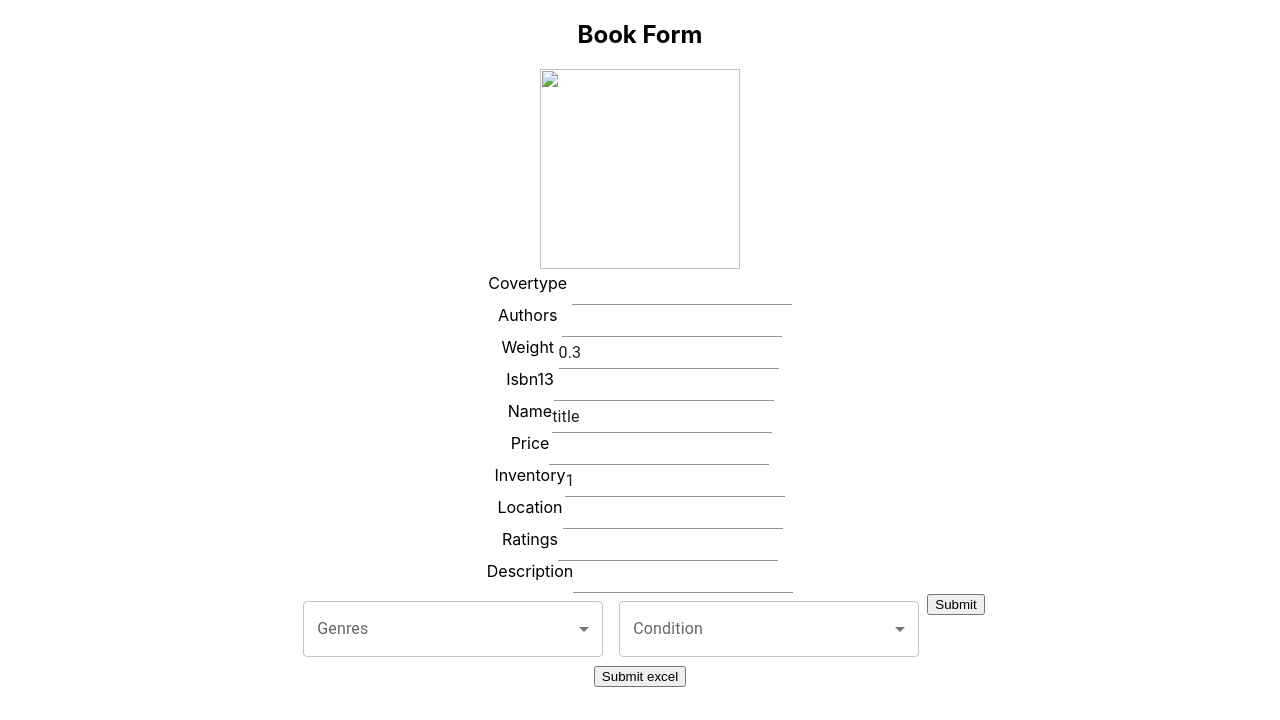
Repository: rishhabh-jain/isbndb
Page: /
The author's editor kept a copy of each file at every save. The page is drawn from the files as they stood at one save, then again after the next save.
The browser window is 1280 px wide. The pictures show the whole page.
The project was rebuilt for these pictures with package versions that can differ from the ones it lists, and the page was loaded fresh each time.

Above is the page before, as saved 2022-02-10 12:28:18.

After the next save:
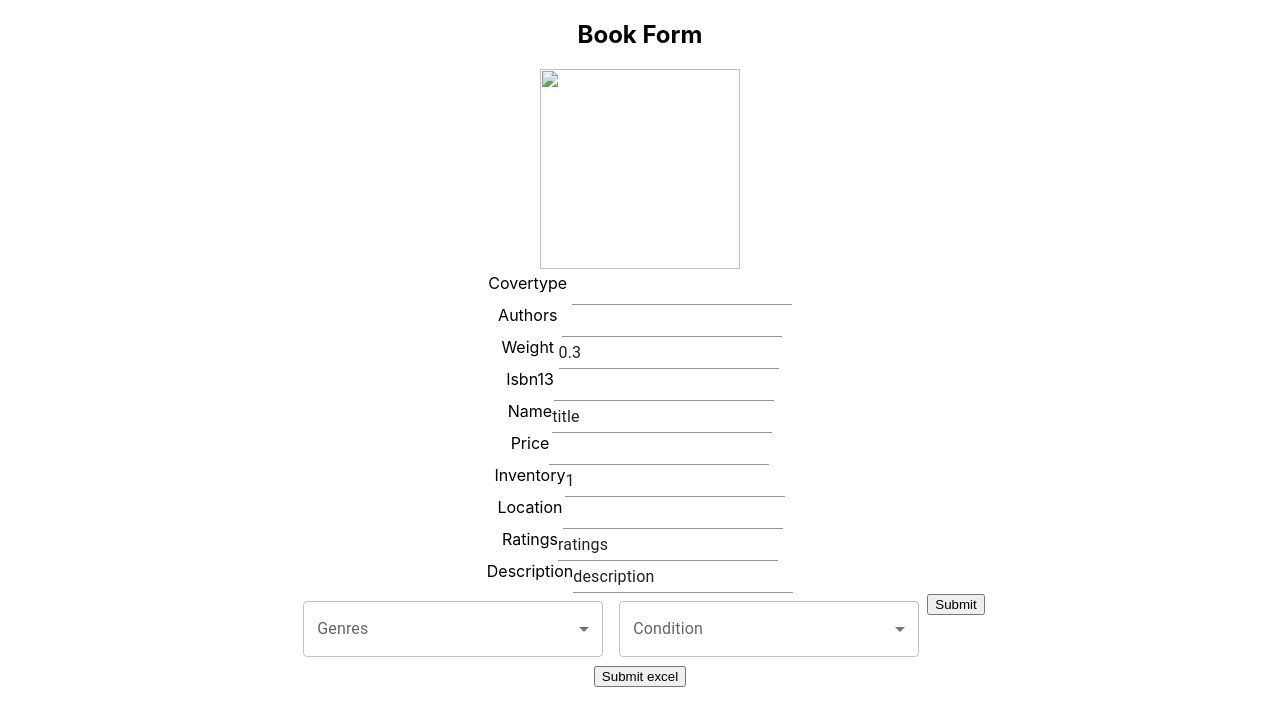
Saved 11 min 26 s later.
--- a/src/App.js
+++ b/src/App.js
@@ -30,7 +30,7 @@ function App() {
   const [title, setTitle] = useState("title");
   const [genres, setGenres] = useState([]);
   const [data, setData] = useState({});
-  const [description, setDescription] = useState("");
+  const [description, setDescription] = useState("description");
   const [weight, setWeight] = useState("0.3");
   useEffect(() => {
     // 1
@@ -135,7 +135,7 @@ function App() {
   const [binding, setBinding] = useState("");
   const [image, setImage] = useState("");
   const [inventory, setInventory] = useState("1");
-  const [ratings, setRatings] = useState("");
+  const [ratings, setRatings] = useState("ratings");
   const [price, setPrice] = useState("");
   const [location, setLocation] = useState("");
   const [condition, setCondition] = useState([]);
